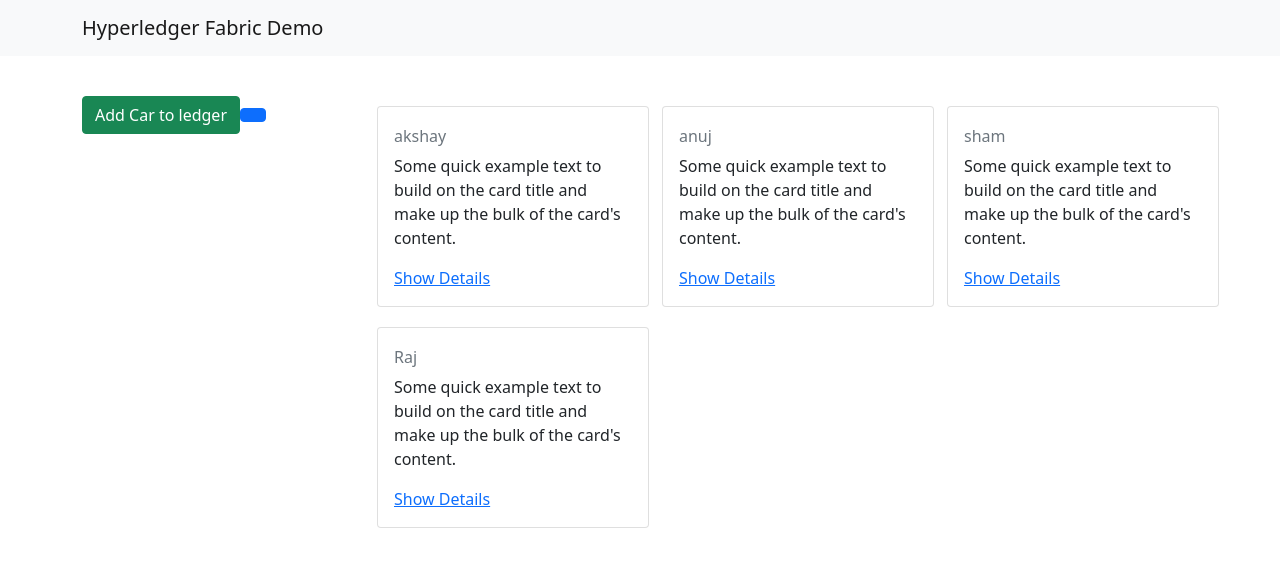
Repository: akshaykurhekar/hyperledger-asset-monetization-dapp
Page: / (app in fabcarWeb/new-ui/)
An editor plug-in stored every save of this project. The page is shown before and after the next save, followed by the edit.
The browser window is 1280 px wide. The pictures show the whole page.
The project was rebuilt for these pictures with package versions that can differ from the ones it lists, and the page was loaded fresh each time.

Above is the page before, as saved 2022-03-31 17:16:53.

After the next save:
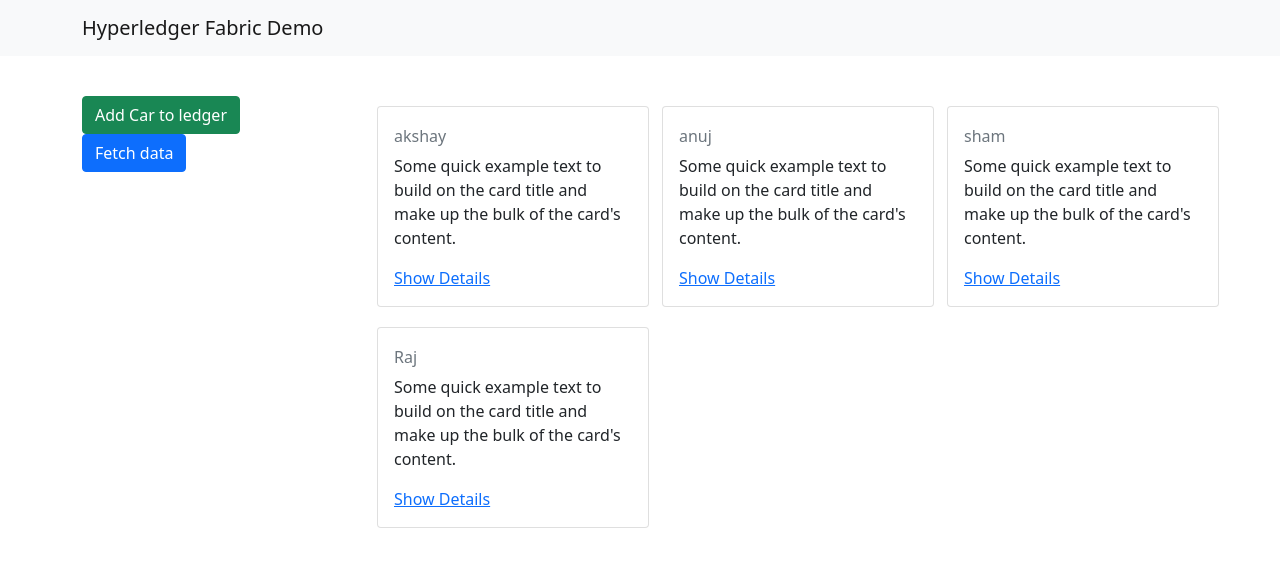
Saved 7 s later.
--- a/fabcarWeb/new-ui/src/App.js
+++ b/fabcarWeb/new-ui/src/App.js
@@ -33,7 +33,7 @@
         <Row style={{ paddingTop: "40px" }}>
           <Col sm={3}>
             <Model />
-            <Button> </Button>
+            <Button> Fetch data</Button>
           </Col>
           <Col sm={9}>
             <Row>
